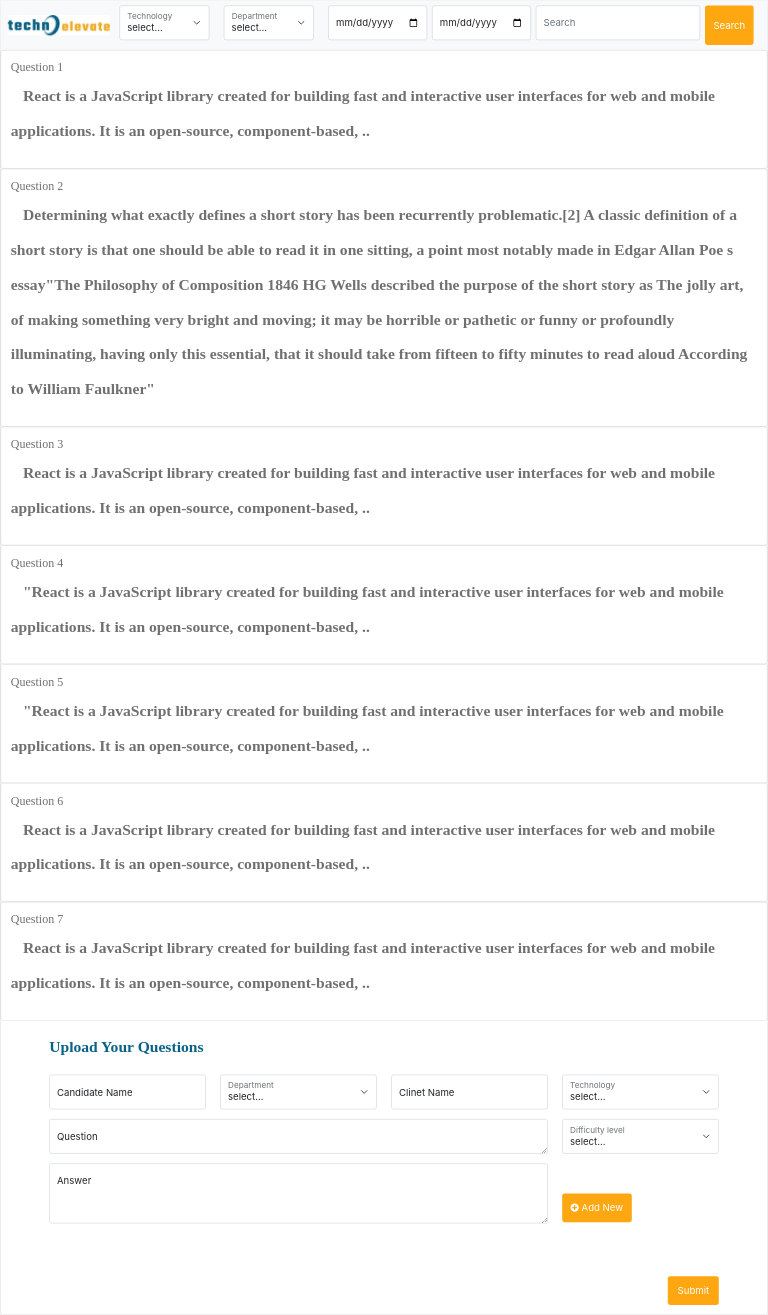
Repository: aajoshi3/casestudy
Page: /Search
The author's editor kept a copy of each file at every save. The page is drawn from the files as they stood at one save, then again after the next save.
The browser window is 1280 px wide. The pictures show the whole page, at 60% of full size.
The project was rebuilt for these pictures with package versions that can differ from the ones it lists, and the page was loaded fresh each time. Also part of the build but not shown: src/components/CustomNavbar3.js.

Above is the page before, as saved 2021-10-10 20:16:58.

After the next save:
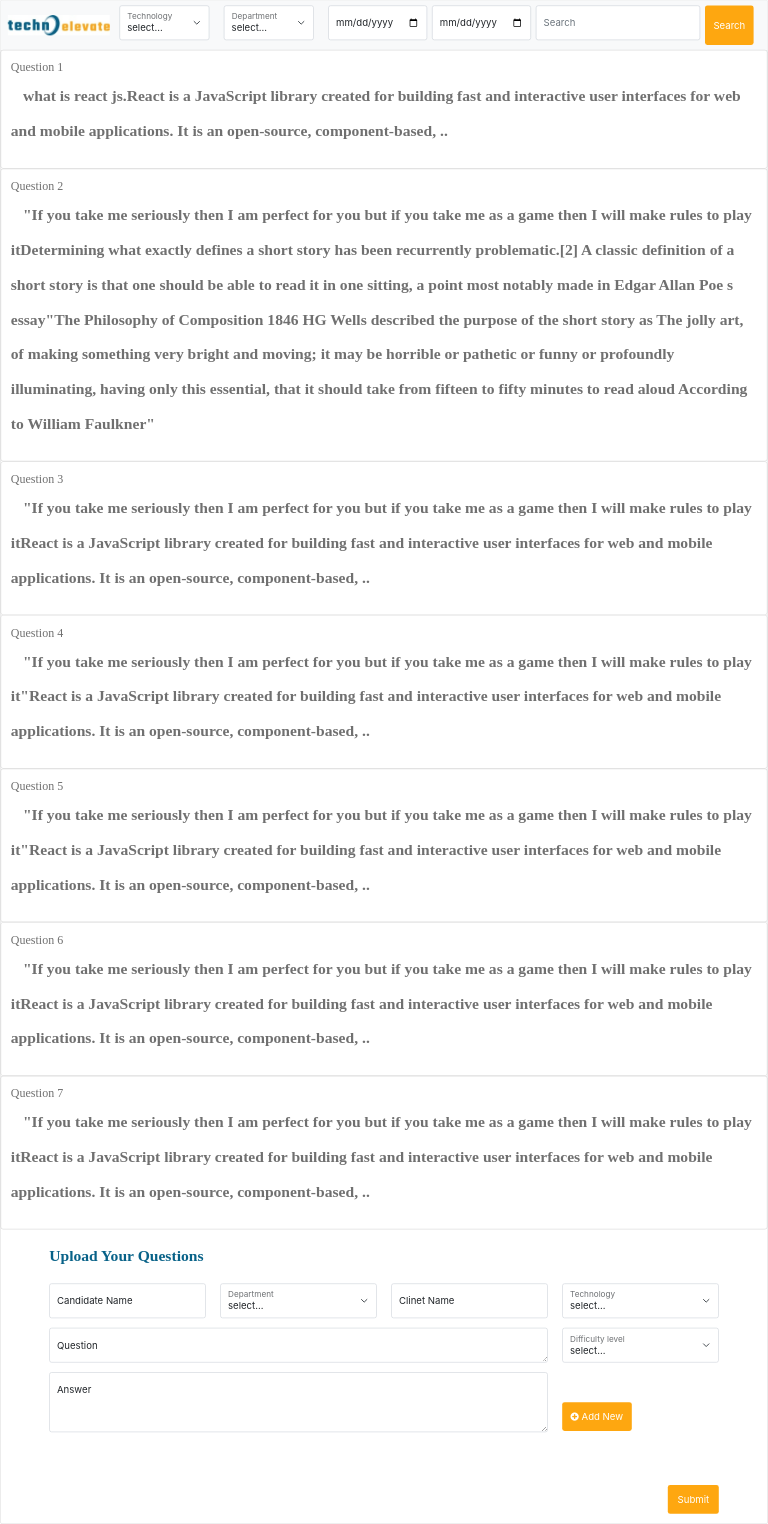
Saved 5 min 34 s later.
--- a/src/components/SearchView.js
+++ b/src/components/SearchView.js
@@ -39,7 +39,7 @@
      height: "27px",
      color:"#00A743",
 
-     }}></i>{data.answer}</p>
+     }}></i>{data.question}{data.answer}</p>
     </Card.Text>
 
   </Card.Body>
